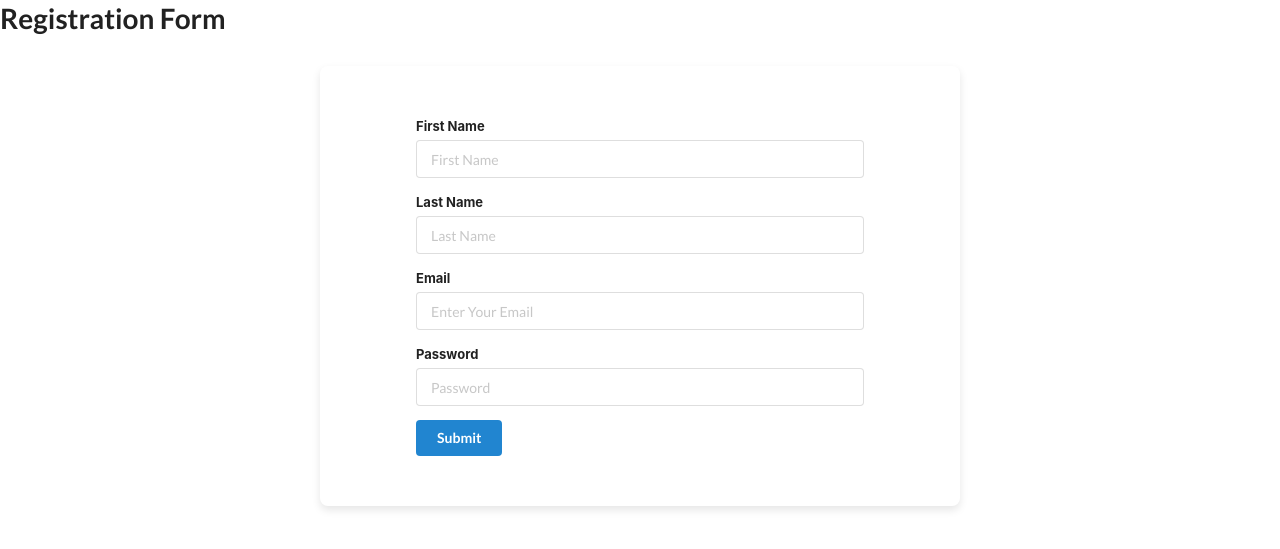
Repository: Wahid137/registration-form
Page: /
An editor plug-in stored every save of this project. The page is shown before and after a run of saves, followed by the edit.
The browser window is 1280 px wide. The pictures show the whole page.
The project was rebuilt for these pictures with package versions that can differ from the ones it lists, and the page was loaded fresh each time. Also part of the build but not shown: src/App.css.

Above is the page before, as saved 2024-05-01 10:33:38.

After the next 2 saves:
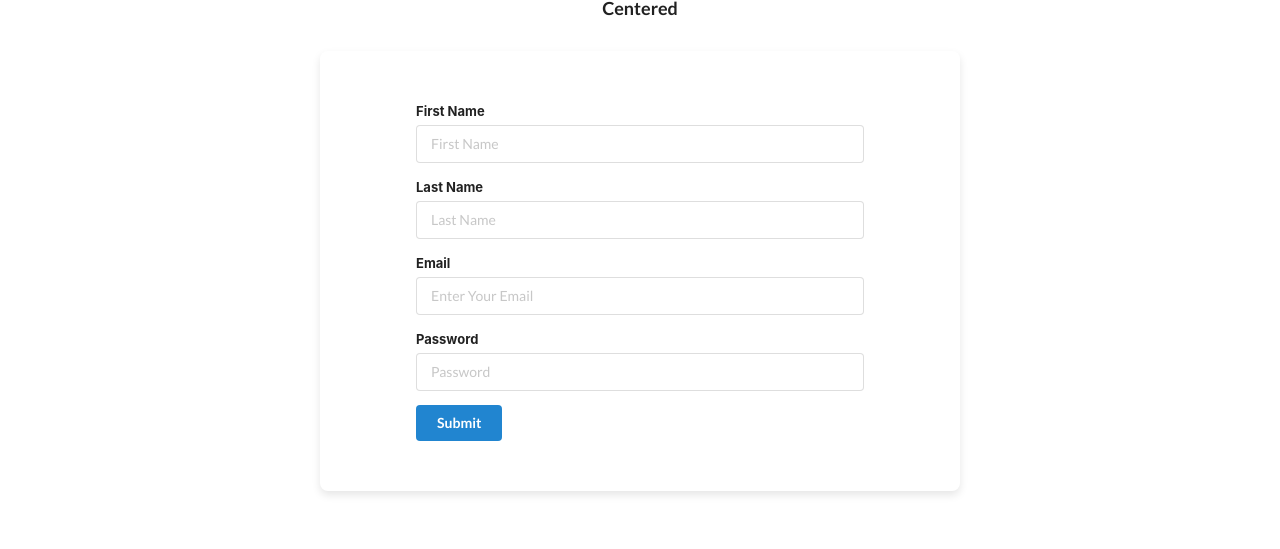
The 2 saves are shown as one change because they came seconds apart.
The last was saved 108 s later.
--- a/src/App.js
+++ b/src/App.js
@@ -1,10 +1,13 @@
+import { Header } from 'semantic-ui-react';
 import './App.css';
 import Register from './components/Register';
 
 function App() {
   return (
     <div className="App">
-      <h1>Registration Form</h1>
+      <Header as='h3' textAlign='center'>
+        Centered
+      </Header>
       <Register />
     </div>
   );
